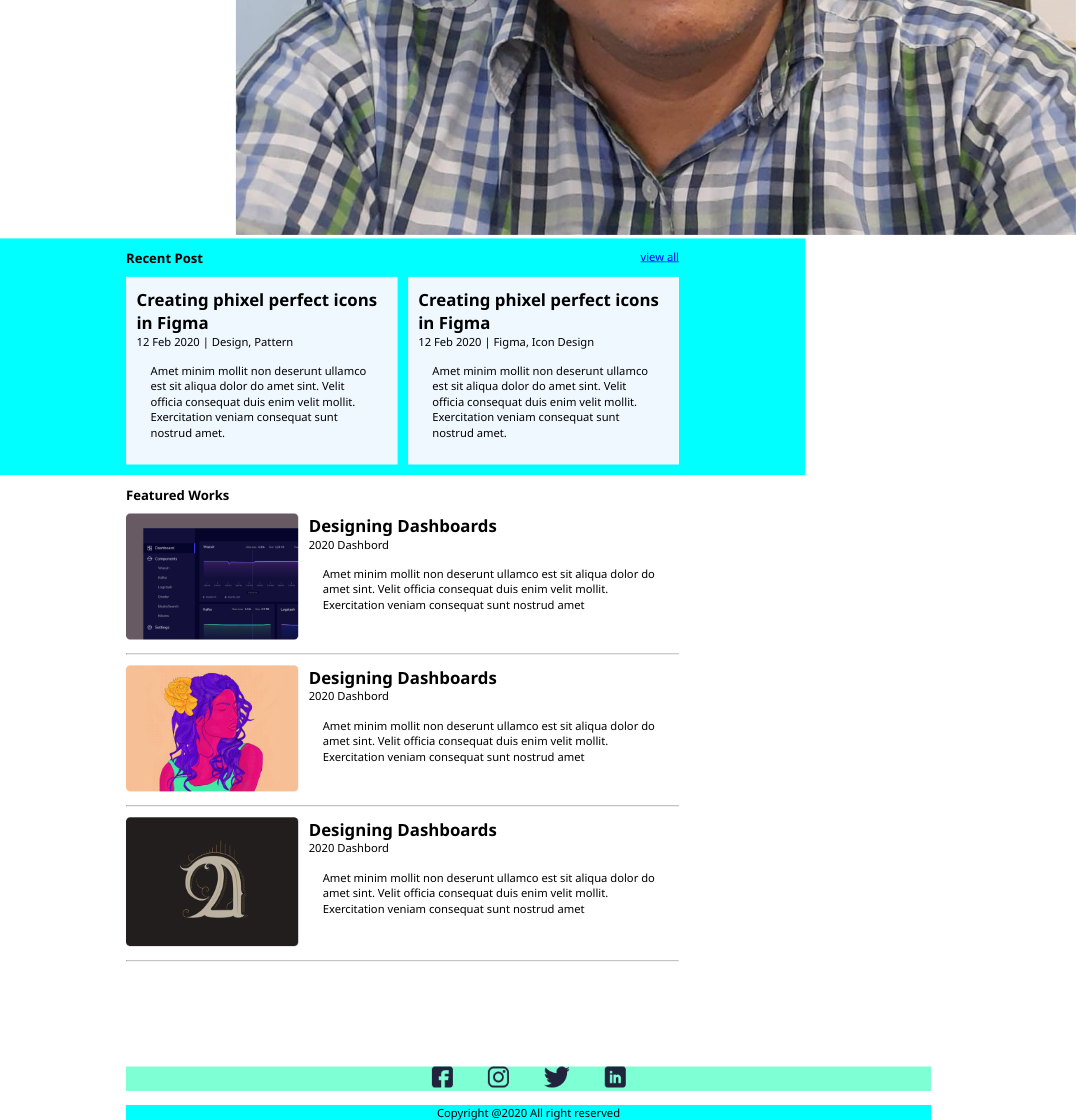
Repository: jafetdn73/portofolio
Page: index.html
These files come from the project's save history. The page is drawn as it stood at one moment and after the next save; the edit follows.
The browser window is 1280 px wide. The page is 1537 px wide, so the pictures cover 1537 px, including what lies to the right of the window. The pictures show the part of the page from y = 1062 to 2662 px (the page is 2662 px tall), at 70% of full size.

Above is the page before, as saved 2022-02-23 16:41:52.

### index.html
<!DOCTYPE html>
<html lang="en">
<head>
    <meta charset="UTF-8">
    <meta http-equiv="X-UA-Compatible" content="IE=edge">
    <meta name="viewport" content="width=device-width, initial-scale=1.0">
    <link rel="stylesheet" href="figma.css">
    <title>Belajar HTML CSS</title>
</head>
<body>
    <div class="container">
        <!-- Start Menu Bar -->
        <div class="menu-bar">
            <ul>
                <li>
                    Work
                </li>
                <li>
                    Blog
                </li>
                <li>
                    Contact
                </li>
            </ul>
        </div>
        <!-- Starr Hero -->
        <div class="hero">
            <div class="hero-text">
                <h1>Hi, I am Jafet,<br/>
                    Fullstack Engineer
                </h1>
                <p>
                    Amet minim mollit non deserunt ullamco est sit aliqua dolor do amet sint. Velit officia consequat duis enim velit mollit. Exercitation veniam consequat sunt nostrud amet.
                </p>
                <button>Download Resume</button>
            </div>
            <div class="hero-image">
                <img src="jafet.png"/>
            </div>
        </div>
        <!-- Start Post -->
        <div class="post">
            <div class="post-navi">
                <h3>Recent Post</h3>
                <a href="http://detik.com">view all</a>
            </div>
            <div class="post-content">
                <div class="post-content-detail">
                    <h2>Creating phixel perfect icons in Figma</h2>
                    <label>12 Feb 2020</label>
                    <label>|</label>
                    <label>Design, Pattern</label>
                    <p>
                        Amet minim mollit non deserunt ullamco est sit aliqua dolor do amet sint. Velit officia consequat duis enim velit mollit. Exercitation veniam consequat sunt nostrud amet.
                    </p>
                </div>
                <div class="post-content-detail">
                    <h2>Creating phixel perfect icons in Figma</h2>
                    <label>12 Feb 2020</label>
                    <label>|</label>
                    <label>Figma, Icon Design</label>
                    <p>
                        Amet minim mollit non deserunt ullamco est sit aliqua dolor do amet sint. Velit officia consequat duis enim velit mollit. Exercitation veniam consequat sunt nostrud amet.
                    </p>
                </div>
            </div>
        </div>
        <!-- Start Featured -->
        <div class="featured">
            <h3>Featured Works</h3>
            <div class="featured-detail">
                <div class="featured-image">
                    <img src="Rectangle 30.png"/>
                </div>
                <div class="featured-text">
                    <h2>Designing Dashboards</h2>
                    <label>2020</label>
                    <label>Dashbord</label>
                    <p>
                        Amet minim mollit non deserunt ullamco est sit aliqua dolor do amet sint. Velit officia consequat duis enim velit mollit. Exercitation veniam consequat sunt nostrud amet
                    </p>
                </div>
            </div>
            <hr/>
            <div class="featured-detail">
                <div class="featured-image">
                    <img src="Rectangle 32.png"/>
                </div>
                <div class="featured-text">
                    <h2>Designing Dashboards</h2>
                    <label>2020</label>
                    <label>Dashbord</label>
                    <p>
                        Amet minim mollit non deserunt ullamco est sit aliqua dolor do amet sint. Velit officia consequat duis enim velit mollit. Exercitation veniam consequat sunt nostrud amet
                    </p>
                </div>
            </div>
            <hr/>
            <div class="featured-detail">
                <div class="featured-image">
                    <img src="Rectangle 34.png"/>
                </div>
                <div class="featured-text">
                    <h2>Designing Dashboards</h2>
                    <label>2020</label>
                    <label>Dashbord</label>
                    <p>
                        Amet minim mollit non deserunt ullamco est sit aliqua dolor do amet sint. Velit officia consequat duis enim velit mollit. Exercitation veniam consequat sunt nostrud amet
                    </p>
                </div>
            </div>
            <hr/>
        </div>
        <!-- Start Social Media -->
        <div class="social-media"><img src="fb.png"/><img src="insta.png"/><img src="group.png"/><img src="linkedin.png"/></div>
        <div class="copyright">Copyright @2020 All right reserved</div>
    </div>
</body>
</html>

### figma.css
* {
    margin: 0;
    font-family:'Segoe UI', Tahoma, Geneva, Verdana, sans-serif
}

.container {
    width: 1150px;
}

.menu-bar {
    display: flex;
    justify-content: flex-end;
    margin-top: 20px;
}

.menu-bar ul li {
    display: inline;
    margin-right: 30px;
    font-size: 20px;
}

/* Start Hero */
.hero {
    display: flex;
    justify-content: space-around;
    margin-top: 150px;
    padding: 0 100px;
}

.hero-text {
    width: 450px;
}

.hero-text h1 {
    font-size: 44px;
    font-weight: 400px;
}

.hero-text p {
    font-size: 16px;
}

.hero-text h1, p, button
{
    margin: 20px;
}

.hero-text button {
    background-color: #FF6464;
    border-style: none;
    padding: 15px;
    font-size: 20px;
    color: white;
}

/* Start Post */
.post {
    background-color:aqua;
    padding:15px 180px;
}

.post-navi {
    display :flex;
    justify-content:space-between ;
}

.post-content {
    display: flex;
    margin-top: 15px;
    gap:15px;
}

.post-content-detail {
    background-color: aliceblue;
    padding:15px;
}

/* Start Featured */
.featured {
    margin : 15px 180px;
    gap:15px;
}

.featured-detail {
    display:flex;
    margin-top: 15px;
    margin-bottom: 15px;
}

.featured-image {
    margin-right: 15px;
}


.social-media{
    background-color: aquamarine;
    margin-top: 150px;
    margin-left: 180px;
    width: 1150px;
    text-align: center;
    display: inline-flexbox;
}

.social-media img {
    margin-left:25px;
    margin-right:25px;
}

.copyright {
    background-color: aqua;
    margin-top: 20px;
    margin-left: 180px;
    width: 1150px;
    text-align: center;
}

After the next save:
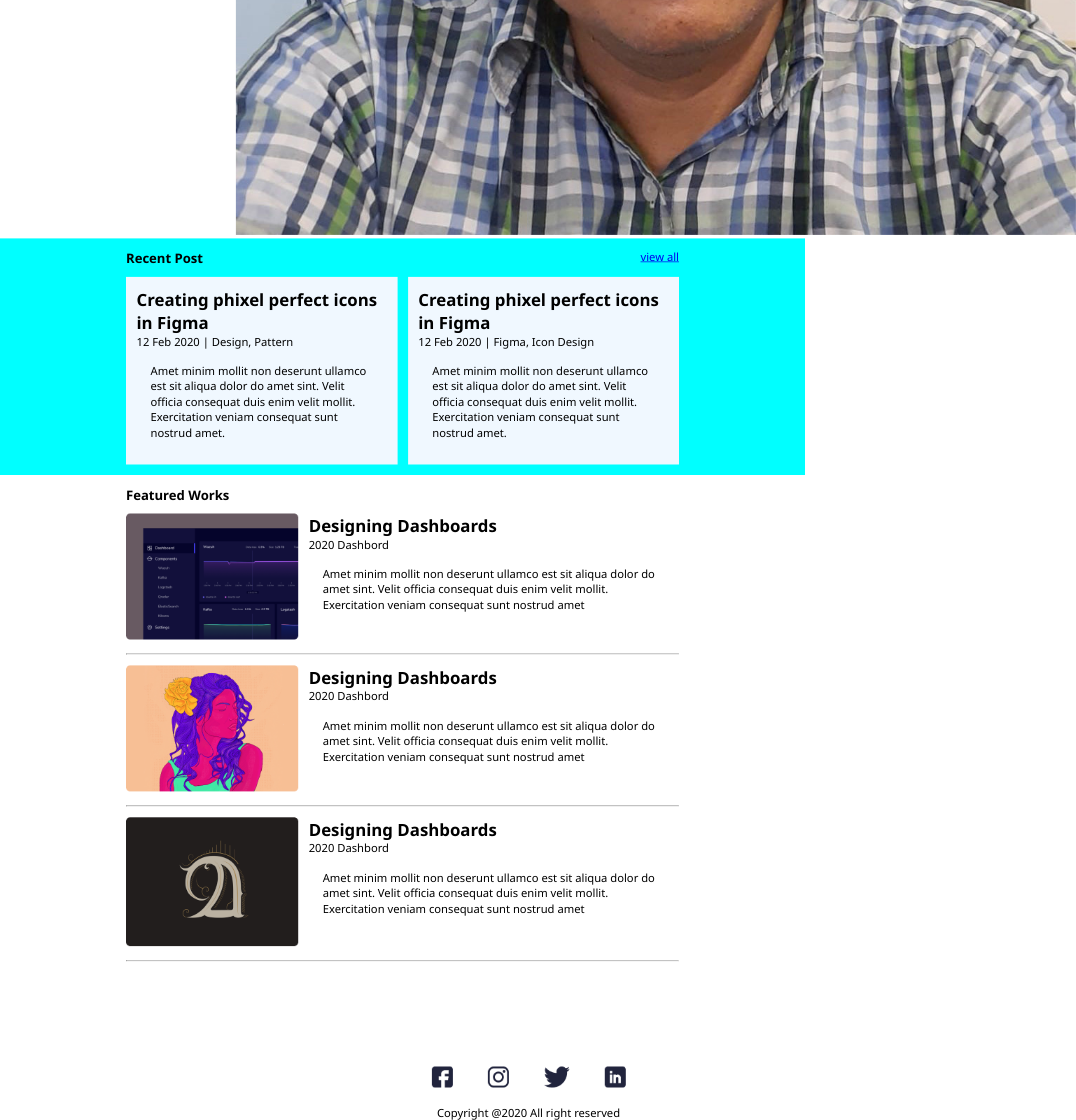
Saved 19 s later.
--- a/figma.css
+++ b/figma.css
@@ -93,7 +93,6 @@
 
 
 .social-media{
-    background-color: aquamarine;
     margin-top: 150px;
     margin-left: 180px;
     width: 1150px;
@@ -107,7 +106,6 @@
 }
 
 .copyright {
-    background-color: aqua;
     margin-top: 20px;
     margin-left: 180px;
     width: 1150px;
